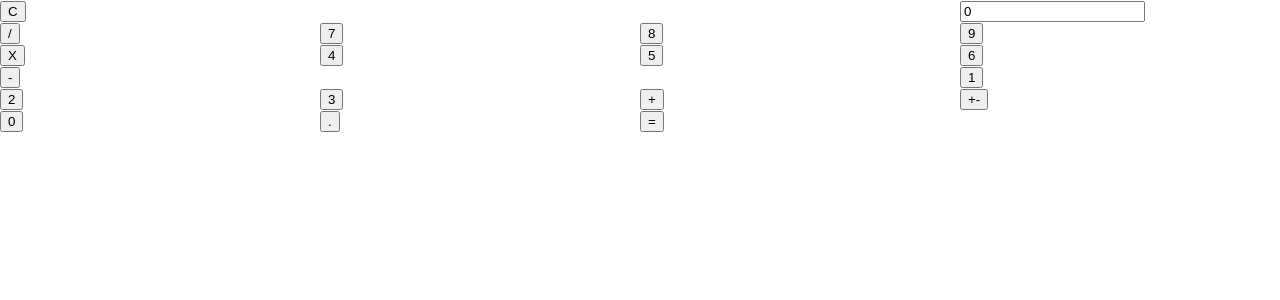
Repository: aaronmatei/react-calc
Page: /
The author's editor kept a copy of each file at every save. The page is drawn from the files as they stood at one save, then again after the next save.
The browser window is 1280 px wide. The pictures show the whole page.
The project was rebuilt for these pictures with package versions that can differ from the ones it lists, and the page was loaded fresh each time.

Above is the page before, as saved 2019-12-13 10:28:04.

After the next save:
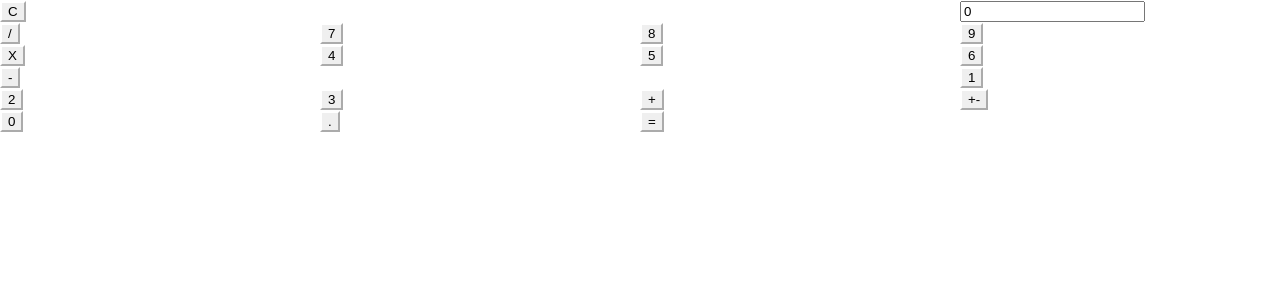
Saved 23 min 24 s later.
--- a/src/css/styles.css
+++ b/src/css/styles.css
@@ -10,3 +10,6 @@
 	width: 25%;
 	float: left;
 }
+button.calc-button {
+	border-color: #fff;
+}
